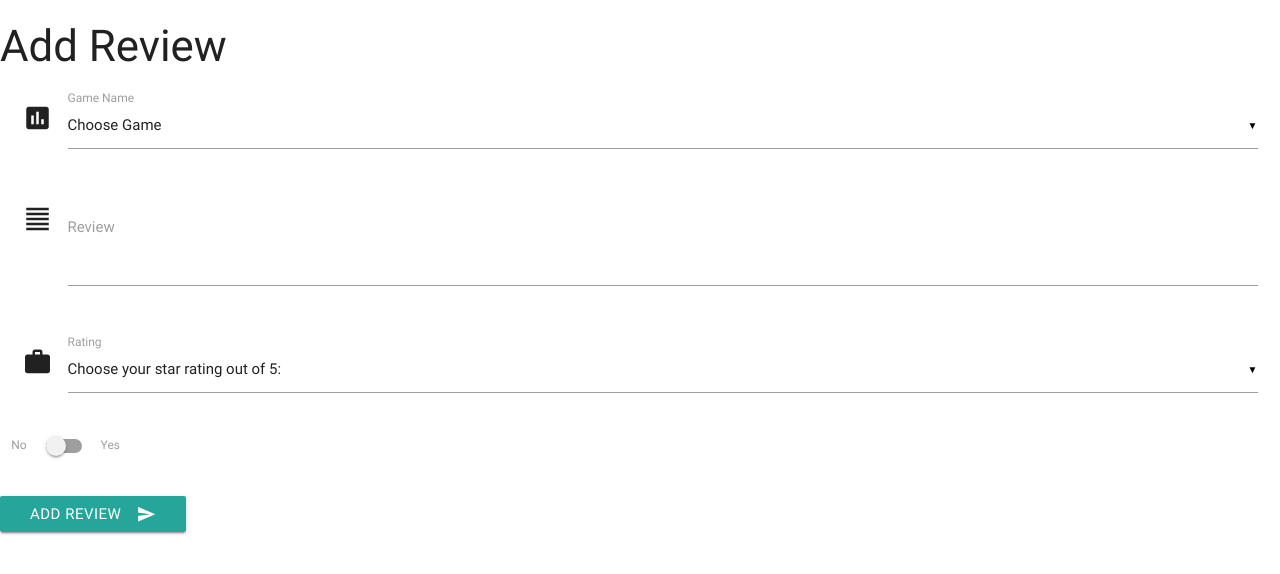
Repository: arcorco/dcd-milestone
Page: http://localhost/add_review
The author's editor kept a record of every edit. The page is drawn from the files as they stood at one moment, then again after the next edit.
The browser window is 1280 px wide. The pictures show the whole page.
Some web libraries are served in a nearby version. The page is served by the project's application, run on Flask 3 (app.py). Queries for data that is not in the repository find no rows.

Above is the page before.

### templates/addreview.html
{% extends 'base.html'%} {% block content %}

<h3>Add Review</h3>
<div class="row">
    <form action=# method="POST" class="col s12">
        <div class="row">
            <div class="input-field col s12">
                <i class="material-icons prefix">poll</i>
                <select id="game_name" name="game_name">
                  <option value="" disabled selected>Choose Game</option>
                  {% for game in games %}
                      <option value="{{game.game_name}}">{{game.game_name}}</option>
                  {% endfor %}
                </select>
                <label>Game Name</label>
            </div>
        </div>
        <div class="row">
            <div class="input-field col s12">
                <i class="material-icons prefix">format_align_justify</i>
                <textarea id="review" class="materialize-textarea"></textarea>
                <label for="review">Review</label>
            </div>
        </div>
        <div class="row">
            <div class="input-field col s12">
                <i class="material-icons prefix">work</i>
                <select>
      <option value="" disabled selected>Choose your star rating out of 5:</option>
      <option value="1">1</option>
      <option value="2">2</option>
      <option value="3">3</option>
      <option value="4">4</option>
      <option value="5">5</option>
    </select>
                <label>Rating</label>
            </div>
        </div>
        <div class="row">

                <div class="switch">
                    <label>
      No
      <input type="checkbox">
      <span class="lever"></span>
      Yes
    </label>
                </div>


            </div>
        </div>
        <div class="row">
            <button class="btn waves-effect waves-light" type="submit">Add Review
    <i class="material-icons right">send</i>
  </button>
        </div>

    </form>
</div>

{% endblock %}

### templates/base.html
<!DOCTYPE html>
<html>

<head>
    <link href="https://fonts.googleapis.com/icon?family=Material+Icons" rel="stylesheet">
    <link rel="stylesheet" href="https://cdnjs.cloudflare.com/ajax/libs/materialize/0.100.2/css/materialize.min.css">
    <link rel="stylesheet" type="text/css" href="//cdn.jsdelivr.net/npm/slick-carousel@1.8.1/slick/slick.css" />
    <link rel="stylesheet" href="{{url_for('static', filename='css/style.css')}}" type="text/css"/>
</head>

<body>
    {% block content %} {% endblock %}

    <script src="https://cdnjs.cloudflare.com/ajax/libs/jquery/3.2.1/jquery.min.js"></script>
    <script src="https://cdnjs.cloudflare.com/ajax/libs/materialize/0.100.2/js/materialize.min.js"></script>
    <script type="text/javascript" src="//cdn.jsdelivr.net/npm/slick-carousel@1.8.1/slick/slick.min.js"></script>
    <script type="text/javascript">
        $(document).ready(function() {
            $('.game-carousel').slick({
            });

            $('input#game_description').characterCounter();

            $('select').material_select();
        });

    </script>
</body>

</html>

### app.py
import os
from flask import Flask, render_template, redirect, request, url_for
from flask_pymongo import PyMongo
from bson.objectid import ObjectId

app = Flask(__name__)

app.config["MONGO_DNAME"] = 'game_review'
app.config["MONGO_URI"] = 'mongodb+srv://first_user:WG9zKqgDwfDTHNa@myfirstcluster-74ub4.mongodb.net/game_review?retryWrites=true&w=majority'
#environment variable for username and password

mongo = PyMongo(app)

@app.route('/')
@app.route('/get_games')
def get_games():
    return render_template('games.html', games=mongo.db.games.find())

@app.route('/add_game')
def add_game():
    return render_template('addgame.html')

@app.route('/insert_game', methods=['POST'])
def insert_game():
    games = mongo.db.games
    new_game = request.form.to_dict()
    min_players = new_game.get("number_of_players_min")
    max_players = new_game.get("number_of_players_max")
    min_age = new_game.get("age_range")
    age = "%s+" % min_age
    players = "%s-%s" % (min_players, max_players)
    new_game.update( {'number_of_players' : players} )
    new_game.update( {'age_range' : age} )
    games.insert_one(new_game)
    return redirect(url_for('get_games'))

@app.route('/edit_game/<game_id>')
def edit_game(game_id):
    the_game = mongo.db.games.find_one({"_id": ObjectId(game_id)})
    return render_template('editgame.html', game=the_game)

@app.route('/update_game/<game_id>', methods=["POST"])
def update_game(game_id):
    games = mongo.db.games
    games.update( {'_id': ObjectId(game_id)},
    {
        'game_name':request.form.get('game_name'),
        'game_description':request.form.get('game_description'),
        'manufacturer':request.form.get('manufacturer'),
        'number_of_players_min':request.form.get('number_of_players_min'),
        'number_of_players_max':request.form.get('number_of_players_max'),
        'number_of_players':"%s-%s" % (request.form.get('number_of_players_min'), request.form.get('number_of_players_max')),
        'age_range': "%s+" % (request.form.get('age_range'))
    })
    return redirect(url_for('get_games'))

@app.route('/delete_game/<game_id>')
def delete_game(game_id):
    mongo.db.games.remove({'_id': ObjectId(game_id)})
    return redirect(url_for('get_games'))

@app.route('/get_reviews')
def get_reviews():
    return render_template('reviews.html', reviews=mongo.db.reviews.find())

@app.route('/add_review')
def add_review():
    return render_template('addreview.html', games=mongo.db.games.find())

#@app.route('/insert_review')
#def insert_review():

@app.route('/edit_review/<review_id>')
def edit_review(review_id):
    return render_template('editreview.html', review=mongo.db.reviews.find_one({'_id': ObjectId(review_id)}))


if __name__ == "__main__":
    app.run(host=os.environ.get('IP'),
            port=int(os.environ.get('PORT')),
            debug=True)

Loaded but not shown: static/css/style.css (common file)

After the next edit:
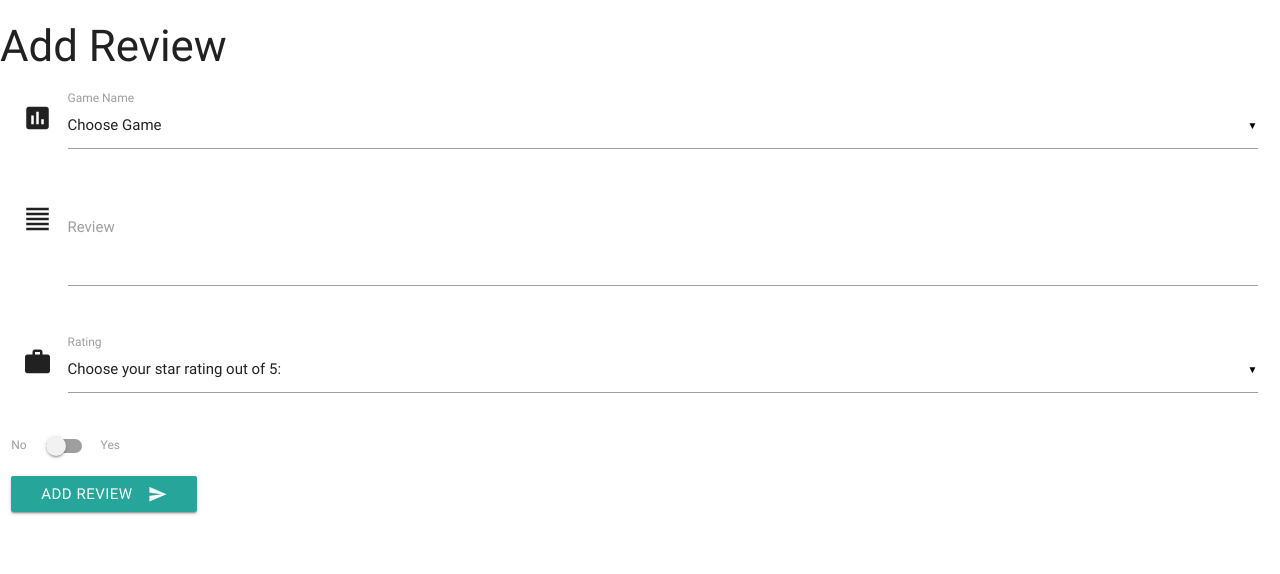
The edit:
--- a/templates/addreview.html
+++ b/templates/addreview.html
@@ -37,15 +37,14 @@
             </div>
         </div>
         <div class="row">
-
-                <div class="switch">
-                    <label>
+            <div class="switch">
+                <label>
       No
       <input type="checkbox">
       <span class="lever"></span>
       Yes
     </label>
-                </div>
+
 
 
             </div>
